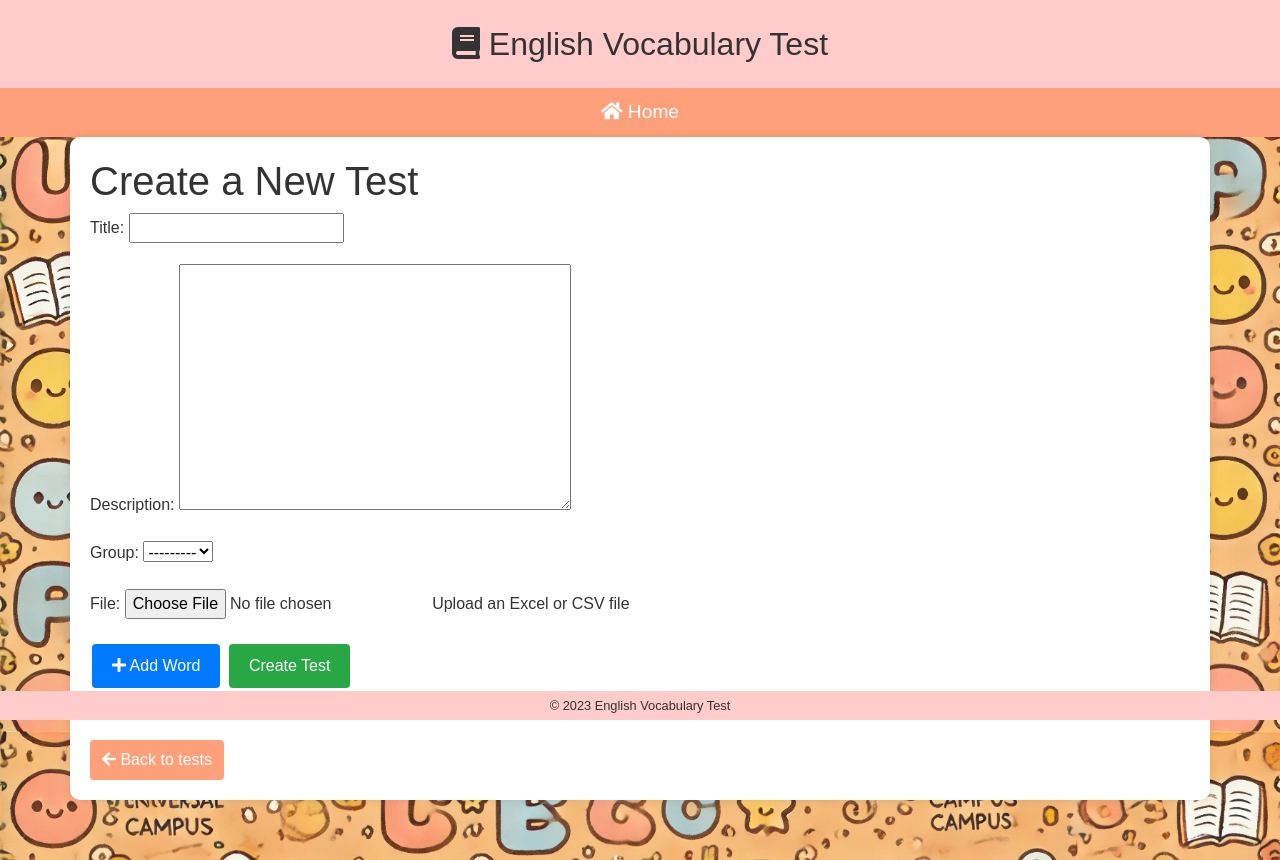
Repository: YamatoGH/testapp
Page: http://localhost/create-test/
An editor plug-in stored every save of this project. The page is shown before and after the next save, followed by the edit.
The browser window is 1280 px wide. The pictures show the whole page.
Backgrounds fixed to the window are drawn as part of the page. The page is served by the project's application, run on Django 5.2 (manage.py). Other server files are loaded and not shown. The page reads the database file committed with the project.

Above is the page before, as saved 2024-07-31 12:49:21.

### testapp/templates/testapp/create_test.html
{% extends "testapp/base.html" %}

{% block title %}Create Test{% endblock %}

{% block content %}
<h1>Create a New Test</h1>
<form method="post" enctype="multipart/form-data">
    {% csrf_token %}
    {{ form.as_p }}
    <div id="word-forms">
        {{ formset.management_form }}
        {% for word_form in formset %}
            <div class="word-form">
                {{ word_form.word.label_tag }} {{ word_form.word }}
                {{ word_form.meaning.label_tag }} {{ word_form.meaning }}
                <button type="button" class="btn btn-danger remove-word"><i class="fas fa-minus"></i> Remove</button>
            </div>
        {% endfor %}
    </div>
    <button type="button" id="add-word" class="btn btn-add-words"><i class="fas fa-plus"></i> Add Word</button>
    <button type="submit" class="btn btn-create">Create Test</button>
</form>

<br/>
<br/>
<a href="{% url 'home' %}" class="btn btn-custom"><i class="fas fa-arrow-left"></i> Back to tests</a>

<script>
document.addEventListener('DOMContentLoaded', function() {
    var formIndex = parseInt('{{ formset.total_form_count }}', 10) || 0;
    var addButton = document.getElementById('add-word');
    var wordFormsDiv = document.getElementById('word-forms');

    // Add Word Button Click Event
    addButton.addEventListener('click', function() {
        var newForm = document.createElement('div');
        newForm.classList.add('word-form');
        newForm.innerHTML = `
            <label for="id_words-${formIndex}-word">Word:</label>
            <input type="text" name="words-${formIndex}-word" maxlength="100" required id="id_words-${formIndex}-word">
            <label for="id_words-${formIndex}-meaning">Meaning:</label>
            <input type="text" name="words-${formIndex}-meaning" maxlength="255" required id="id_words-${formIndex}-meaning">
            <button type="button" class="btn btn-danger remove-word"><i class="fas fa-minus"></i> Remove</button>
        `;
        wordFormsDiv.appendChild(newForm);
        formIndex++;

        // Update TOTAL_FORMS
        document.querySelector('#id_words-TOTAL_FORMS').value = formIndex;

        // Add Remove Event
        newForm.querySelector('.remove-word').addEventListener('click', function() {
            newForm.remove();
            formIndex--;
            document.querySelector('#id_words-TOTAL_FORMS').value = formIndex;
        });
    });

    // Add Remove Event to Existing Forms
    document.querySelectorAll('.remove-word').forEach(function(button) {
        button.addEventListener('click', function(event) {
            event.target.closest('.word-form').remove();
            formIndex--;
            document.querySelector('#id_words-TOTAL_FORMS').value = formIndex;
        });
    });
});
</script>
{% endblock %}

### testapp/templates/testapp/base.html
<!DOCTYPE html>
<html>
<head>
    {% load static %}
    <title>{% block title %}English Vocabulary Test{% endblock %}</title>
    <link rel="stylesheet" href="https://stackpath.bootstrapcdn.com/bootstrap/4.3.1/css/bootstrap.min.css">
    <link rel="stylesheet" href="https://cdnjs.cloudflare.com/ajax/libs/font-awesome/5.15.3/css/all.min.css">
    <link rel="stylesheet" type="text/css" href="{% static 'testapp/css/style.css' %}">
</head>
<body>
    <header>
        <i class="fas fa-book"></i> English Vocabulary Test
    </header>
    <nav>
        <a href="{% url 'home' %}"><i class="fas fa-home"></i> Home</a>
    </nav>
    <div class="container">
        {% block content %}{% endblock %}
    </div>
    <footer>
        &copy; 2023 English Vocabulary Test
    </footer>
</body>
<script>
    document.addEventListener("DOMContentLoaded", function() {
        var coll = document.getElementsByClassName("collapsible");
        for (var i = 0; i < coll.length; i++) {
            coll[i].addEventListener("click", function() {
                this.classList.toggle("active");
                var content = this.nextElementSibling;
                if (content.style.display === "block") {
                    content.style.display = "none";
                } else {
                    content.style.display = "block";
                }
            });
        }
    });
</script>
</html>

### testapp/forms.py
from django import forms
from .models import Test, Word, Group
from .models import Student
from django.forms import modelformset_factory

class WordForm(forms.Form):
    word = forms.CharField(label='Word', max_length=100)
    meaning = forms.CharField(label='Meaning', max_length=255)
    class Meta:
        model = Word
        fields = ['word', 'meaning']

class TestForm(forms.ModelForm):
    file = forms.FileField(required=False, help_text='Upload an Excel or CSV file')
    group = forms.ModelChoiceField(queryset=Group.objects.all(), required=False)

    class Meta:
        model = Test
        fields = ['title', 'description', 'group']

    words = forms.CharField(widget=forms.HiddenInput(), required=False)

    def save(self, commit=True):
        instance = super(TestForm, self).save(commit=False)
        if commit:
            instance.save()
            words_data = self.cleaned_data['words']
            words_list = words_data.split(',')
            for word_pair in words_list:
                if word_pair:
                    word, meaning = word_pair.split(':')
                    word_obj, created = Word.objects.get_or_create(word=word.strip(), meaning=meaning.strip())
                    instance.words.add(word_obj)
        return instance
WordFormSet = modelformset_factory(Word, form=WordForm, extra=1)
# UploadFileForm の追加
class UploadFileForm(forms.Form):
    file = forms.FileField()



class StudentForm(forms.ModelForm):
    class Meta:
        model = Student
        fields = ['name']

class StudentDetailForm(forms.ModelForm):
    class Meta:
        model = Student
        fields = ['name', 'test_group', 'current_test', 'start_index', 'last_index', 'note', 'shuffle']  # shuffleを追加

    shuffle = forms.ChoiceField(
        choices=[('yes', 'Yes'), ('no', 'No')],
        label='Shuffle words',
        initial='no',
        widget=forms.Select(),
        required=True
    )

### testapp/models.py
from django.db import models

class Word(models.Model):
    word = models.CharField(max_length=100)
    meaning = models.CharField(max_length=255)

    def __str__(self):
        return self.word

class Group(models.Model):
    name = models.CharField(max_length=100)

    def __str__(self):
        return self.name

class Test(models.Model):
    title = models.CharField(max_length=100)
    description = models.TextField()
    words = models.ManyToManyField(Word)
    group = models.ForeignKey(Group, related_name='tests', on_delete=models.CASCADE, null=True)

    def __str__(self):
        return self.title

class Student(models.Model):
    name = models.CharField(max_length=100)
    test_group = models.ForeignKey('Group', on_delete=models.SET_NULL, null=True, blank=True)
    current_test = models.ForeignKey('Test', on_delete=models.SET_NULL, null=True, blank=True)
    start_index = models.IntegerField(default=0)
    last_index = models.IntegerField(default=0)
    last_saved = models.DateTimeField(auto_now=True)
    note = models.TextField(blank=True, null=True)
    shuffle = models.CharField(max_length=3, choices=[('yes', 'Yes'), ('no', 'No')], default='no')  # shuffleフィールドを追加

    def __str__(self):
        return f"{self.name}"

### testapp/views.py
from django.shortcuts import render, get_object_or_404, redirect
from .models import Test, Word, Student, Group
from .forms import StudentDetailForm, TestForm
import random

def home(request):
    groups = Group.objects.all()
    return render(request, 'testapp/home.html', {'groups': groups})

def create_test(request):
    if request.method == 'POST':
        form = TestForm(request.POST, request.FILES)  # request.FILESを追加
        if form.is_valid():
            test = form.save()
            return redirect('home')
    else:
        form = TestForm()
    return render(request, 'testapp/create_test.html', {'form': form})

def test_detail(request, pk):
    test = get_object_or_404(Test, pk=pk)
    words = test.words.all()
    return render(request, 'testapp/test_detail.html', {'test': test, 'words': words})

def all_tests(request):
    tests = Test.objects.all()
    return render(request, 'testapp/all_tests.html', {'tests': tests})

def print_test(request, pk, start_index, end_index, shuffle):
    test = get_object_or_404(Test, pk=pk)
    words = list(test.words.all())
    if shuffle == 'yes':
        random.shuffle(words)
    words = words[start_index:end_index]
    return render(request, 'testapp/print_test.html', {'test': test, 'words': words})

def print_test_with_answers(request, pk, start_index, end_index, shuffle):
    test = get_object_or_404(Test, pk=pk)
    words = list(test.words.all())
    if shuffle == 'yes':
        random.shuffle(words)
    words = words[start_index:end_index]
    return render(request, 'testapp/print_test_with_answers.html', {'test': test, 'words': words})

def add_student(request):
    if request.method == 'POST':
        form = StudentDetailForm(request.POST)
        if form.is_valid():
            form.save()
            return redirect('student_list')
    else:
        form = StudentDetailForm()
    return render(request, 'testapp/add_student.html', {'form': form})

def student_list(request):
    students = Student.objects.all()
    return render(request, 'testapp/student_list.html', {'students': students})

def student_detail(request, pk):
    student = get_object_or_404(Student, pk=pk)
    if request.method == 'POST':
        form = StudentDetailForm(request.POST, instance=student)
        if form.is_valid():
            form.save()
            return redirect('student_detail', pk=student.pk)
    else:
        form = StudentDetailForm(instance=student)
    return render(request, 'testapp/student_detail.html', {'student': student, 'form': form})

def group_tests(request, pk):
    group = get_object_or_404(Group, pk=pk)
    tests = group.tests.all()
    return render(request, 'testapp/group_tests.html', {'group': group, 'tests': tests})

### vocab_test/urls.py
"""
URL configuration for vocab_test project.

The `urlpatterns` list routes URLs to views. For more information please see:
    https://docs.djangoproject.com/en/5.0/topics/http/urls/
Examples:
Function views
    1. Add an import:  from my_app import views
    2. Add a URL to urlpatterns:  path('', views.home, name='home')
Class-based views
    1. Add an import:  from other_app.views import Home
    2. Add a URL to urlpatterns:  path('', Home.as_view(), name='home')
Including another URLconf
    1. Import the include() function: from django.urls import include, path
    2. Add a URL to urlpatterns:  path('blog/', include('blog.urls'))
"""
from django.contrib import admin
from django.urls import include, path
from django.conf import settings
from django.conf.urls.static import static

urlpatterns = [
    path('admin/', admin.site.urls),
    path('', include('testapp.urls')),
]+ static(settings.MEDIA_URL, document_root=settings.MEDIA_ROOT)

### testapp/urls.py
from django.urls import path
from . import views

urlpatterns = [
    path('', views.home, name='home'),
    path('create-test/', views.create_test, name='create_test'),
    path('test/<int:pk>/', views.test_detail, name='test_detail'),
    path('print-test/<int:pk>/<int:start_index>/<int:end_index>/<str:shuffle>/', views.print_test, name='print_test'),
    path('print-test-with-answers/<int:pk>/<int:start_index>/<int:end_index>/<str:shuffle>/', views.print_test_with_answers, name='print_test_with_answers'),
    path('add-student/', views.add_student, name='add_student'),
    path('students/', views.student_list, name='student_list'),
    path('students/<int:pk>/', views.student_detail, name='student_detail'),
    path('group-tests/<int:pk>/', views.group_tests, name='group_tests'),
    path('all-tests/', views.all_tests, name='all_tests'),  # 追加
]

### testapp/static/testapp/css/style.css
body {
    font-family: 'Comic Sans MS', cursive, sans-serif;
    background-color: #f0f8ff;
    color: #333;
    margin: 0;
    padding: 0;
    background-image: url('/static/testapp/images/background.jpg');
    background-size: cover;
    background-repeat: no-repeat;
    background-attachment: fixed;
    display: flex;
    flex-direction: column;
    min-height: 100vh;
}

header {
    background-color: #ffcccb;
    padding: 20px;
    text-align: center;
    font-size: 2em;
    color: #333;
}

nav {
    background-color: #ffa07a;
    padding: 10px;
    text-align: center;
}

nav a {
    margin: 0 15px;
    color: #fff;
    text-decoration: none;
    font-size: 1.2em;
}

nav a:hover {
    text-decoration: underline;
}

.container {
    flex: 1;
    padding: 20px;
    background-color: rgba(255, 255, 255, 1.0);
    border-radius: 10px;
    box-shadow: 0 0 10px rgba(0, 0, 0, 0.1);
    margin-bottom: 60px;
}

footer {
    background-color: #ffcccb;
    padding: 5px;
    text-align: center;
    font-size: 0.8em;
    position: fixed;
    width: 100%;
    bottom: 0;
}

form .btn-save {
    background-color: #28a745 !important;
    color: white !important;
    padding: 10px 20px !important;
    border: none !important;
    text-align: center !important;
    text-decoration: none !important;
    display: inline-block !important;
    font-size: 16px !important;
    margin: 4px 2px !important;
    transition-duration: 0.4s !important;
    cursor: pointer !important;
}

form .btn-save:hover {
    background-color: white !important;
    color: black !important;
    border: 2px solid #28a745 !important;
}

form .btn-print {
    background-color: #87CEEB !important;
    color: white !important;
    padding: 10px 20px !important;
    border: none !important;
    text-align: center !important;
    text-decoration: none !important;
    display: inline-block !important;
    font-size: 16px !important;
    margin: 4px 2px !important;
    transition-duration: 0.4s !important;
    cursor: pointer !important;
}

form .btn-print:hover {
    background-color: white !important;
    color: black !important;
    border: 2px solid #87CEEB !important;
}

.btn-custom {
    background-color: #ffa07a !important;
    color: white !important;
    padding: 8px 12px !important;
    border: none !important;
    text-align: center !important;
    text-decoration: none !important;
    display: inline-block !important;
    font-size: 16px !important;
    margin: 0 !important;
    transition-duration: 0.4s !important;
    cursor: pointer !important;
    border-radius: 0.25rem !important; /* Bootstrapのデフォルトと一致させる */
}

.btn-custom:hover {
    background-color: white !important;
    color: black !important;
    border: 2px solid #ffa07a !important;
}


.collapsible {
    cursor: pointer;
    padding: 10px;
    width: 100%;
    border: none;
    text-align: center;
    outline: none;
    font-size: 1em;
}

.active, .collapsible:hover {
    background-color: #ddd;
}

.collapsible-content {
    display: none;
    overflow: hidden;
    padding: 0 10px;
}

.fixed-buttons {
    position: fixed !important;
    bottom: 29px !important;
    right: 0px !important;
    display: flex !important;
    flex-direction: row !important;
    gap: 0 !important;
    align-items: center !important;
    z-index: 1000 !important;
    padding: 0 !important;
}

.fixed-buttons .btn-custom {
    background-color: #007bff !important;
    color: white !important;
    padding: 8px 12px !important;
    border-radius: 5px !important;
    text-decoration: none !important;
    box-shadow: 0 2px 5px rgba(0,0,0,0.2) !important;
    transition: background-color 0.3s ease !important;
}

.fixed-buttons .btn-custom:hover {
    background-color: #0056b3 !important;
}

.view-all-students-button,
.all-tests-button,
.create-test-button {
    margin: 0 !important;
}

.form-group {
    display: flex !important;
    align-items: center !important;
}

.form-group button,
.form-group .btn-custom {
    margin-left: 10px !important;
}

.note-field {
    width: 100%;
    max-width: 400px; /* 必要に応じて調整 */
    height: 50px;
}

.alert {
    position: fixed;
    bottom: 5px;
    left: 50%;
    transform: translateX(-50%);
    background-color: #28a745;
    color: white;
    padding: 10px 20px;
    border-radius: 5px;
    box-shadow: 0 2px 5px rgba(0, 0, 0, 0.2);
    z-index: 1000;
    transition: opacity 0.5s ease-out, display 0.5s ease-out;
}

.btn-create {
    background-color: #28a745; /* Green color */
    border: none;
    color: white;
    padding: 10px 20px;
    text-align: center;
    text-decoration: none;
    display: inline-block;
    font-size: 16px;
    margin: 4px 2px;
    transition-duration: 0.4s;
    cursor: pointer;
}

.btn-create:hover {
    background-color: #218838; /* Darker green */
    color: white;
    border: 2px solid #218838;
}

.btn-add-words {
    background-color: #007bff; /* Light blue color */
    border: none;
    color: white;
    padding: 10px 20px;
    text-align: center;
    text-decoration: none;
    display: inline-block;
    font-size: 16px;
    margin: 4px 2px;
    transition-duration: 0.4s;
    cursor: pointer;
}

.btn-add-words:hover {
    background-color: #0056b3; /* Darker blue */
    color: white;
    border: 2px solid #0056b3;
}

### db.sqlite3 (the tables this page reads, as SQL)
CREATE TABLE "testapp_group" ("id" integer NOT NULL PRIMARY KEY AUTOINCREMENT, "name" varchar(100) NOT NULL);
INSERT INTO "testapp_group" VALUES
(3, '5級'),
(5, '4級'),
(6, '3級'),
(7, '2級'),
(8, '1級');

After the next save:
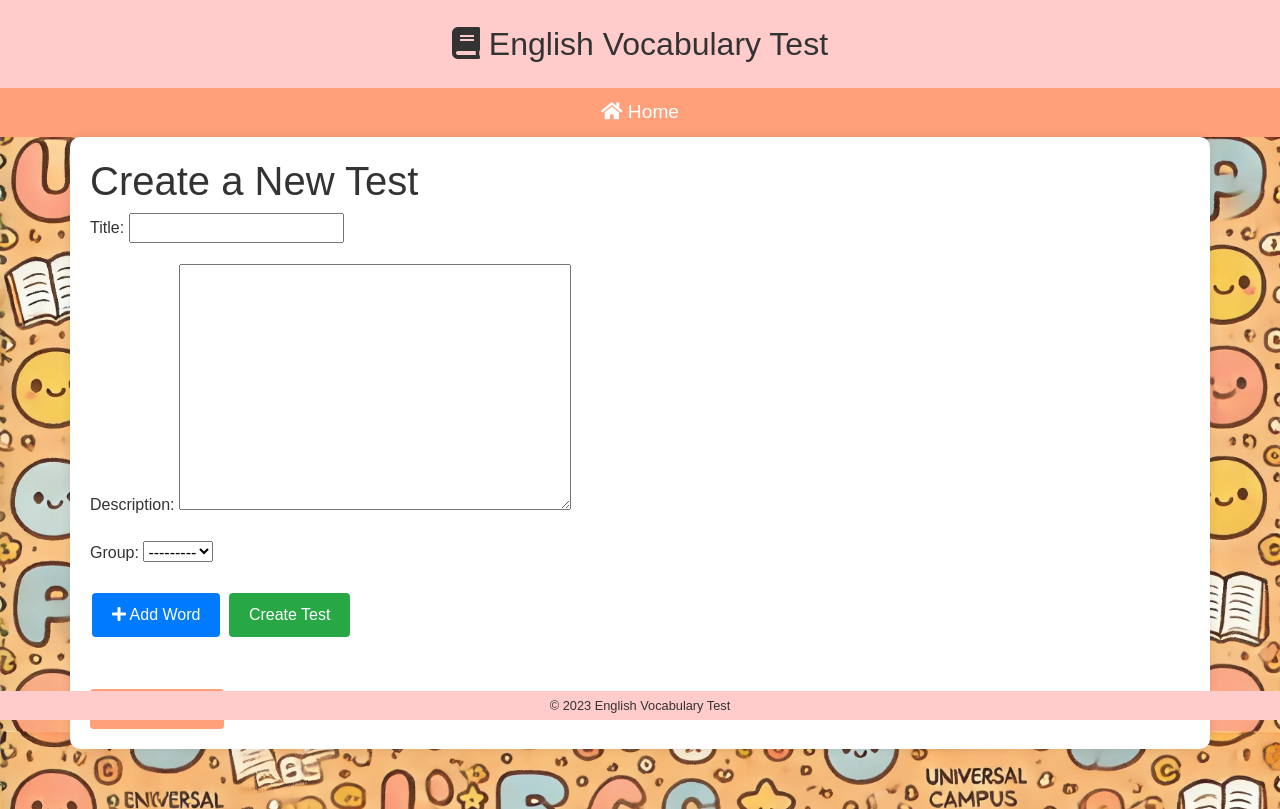
Saved 2 min 34 s later.
--- a/testapp/forms.py
+++ b/testapp/forms.py
@@ -3,35 +3,16 @@ from .models import Test, Word, Group
 from .models import Student
 from django.forms import modelformset_factory
 
-class WordForm(forms.Form):
-    word = forms.CharField(label='Word', max_length=100)
-    meaning = forms.CharField(label='Meaning', max_length=255)
+class TestForm(forms.ModelForm):
+    class Meta:
+        model = Test
+        fields = ['title', 'description', 'group']  # 'group'を追加
+
+class WordForm(forms.ModelForm):
     class Meta:
         model = Word
         fields = ['word', 'meaning']
 
-class TestForm(forms.ModelForm):
-    file = forms.FileField(required=False, help_text='Upload an Excel or CSV file')
-    group = forms.ModelChoiceField(queryset=Group.objects.all(), required=False)
-
-    class Meta:
-        model = Test
-        fields = ['title', 'description', 'group']
-
-    words = forms.CharField(widget=forms.HiddenInput(), required=False)
-
-    def save(self, commit=True):
-        instance = super(TestForm, self).save(commit=False)
-        if commit:
-            instance.save()
-            words_data = self.cleaned_data['words']
-            words_list = words_data.split(',')
-            for word_pair in words_list:
-                if word_pair:
-                    word, meaning = word_pair.split(':')
-                    word_obj, created = Word.objects.get_or_create(word=word.strip(), meaning=meaning.strip())
-                    instance.words.add(word_obj)
-        return instance
 WordFormSet = modelformset_factory(Word, form=WordForm, extra=1)
 # UploadFileForm の追加
 class UploadFileForm(forms.Form):
